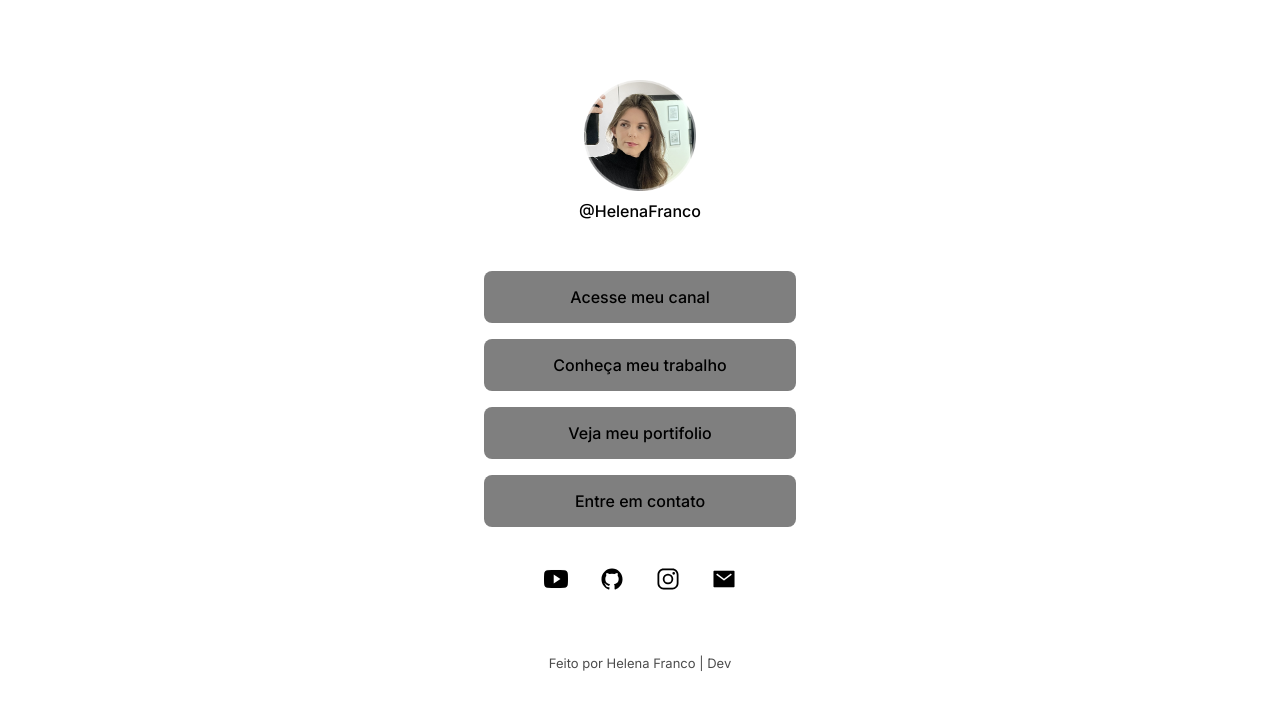
Repository: Fr4nc021/Pagina-de-links-
Page: index.html
An editor plug-in stored every save of this project. The page is shown before and after the next save, followed by the edit.
The browser window is 1280 px wide. The pictures show the whole page.

Above is the page before, as saved 2025-02-13 21:06:11.

### index.html
<!DOCTYPE html>
<html lang="pt-br" class="light">
<head>
    <link rel="preconnect" href="https://fonts.googleapis.com">
    <link rel="preconnect" href="https://fonts.gstatic.com" crossorigin>
    <link href="https://fonts.googleapis.com/css2?family=Inter:ital,opsz,wght@0,14..32,100..900;1,14..32,100..900&display=swap" rel="stylesheet">
    <meta charset="UTF-8">
    <meta name="viewport" content="width=device-width, initial-scale=1.0">
    <title>DevLinks</title>
    <link rel="stylesheet" href="style.css">
</head>
<body>
    <div id="container">
    <div id="profile">
    <img
        src="./assets/avatar.png"
        alt="Foto da Helena Franco sorrindo">
        <p>@HelenaFranco</p>
    </div>
    <div>
        <ul>
            <li>
                <a href="#" target="_blank">Acesse meu canal</a>
            </li>
            <li>
                <a href="#" target="_blank">Conheça meu trabalho</a>
            </li>
            <li>
                <a href="#" target="_blank">Veja meu portifolio</a>
            </li>
            <li>
                <a href="#" target="_blank">Entre em contato</a>
            </li>
        </ul>
    </div>
        <div id="social-links">
            <a href="https://www.youtube.com/@FR4NC021" target="_blank">
            <ion-icon name="logo-youtube"></ion-icon></a>

            <a href="https://github.com/Fr4nc021" target="_blank">
            <ion-icon name="logo-github"></ion-icon></a>

            <a href="https://www.instagram.com/h.franco__/" target="_blank">
            <ion-icon name="logo-instagram"></ion-icon></a>

            <a href="https://w.app/doczx7" target="_blank">
            <ion-icon name="mail-sharp"></ion-icon></a>
        </div>

        <footer>
            Feito por Helena Franco | Dev
        </footer>
    </div>
    <script
    type="module"
    src="https://unpkg.com/ionicons@7.1.0/dist/ionicons/ionicons.esm.js" ></script>
<script
nomodule
src = "https://unpkg.com/ionicons@7.1.0/dist/ionicons/ionicons.js" ></script>
</body>
</html>

### style.css
* {
    margin: 0%;
    padding: 0%;
    box-sizing: border-box;
}

:root {
    --text-color: white;
    --bg-url: url(./assets/bg-mobile.jpg)
    --stock-color: rgba(255, 255, 255, 0.5);
    --surface-color: rgba(255, 255, 255, 0.1);
}

.light {
    --text-color: black;
    --bg-url: url(./assets/bg-mobile-light.jpg)
    --stock-color: rgba(0, 0, 0, 0.5);
    --surface-color: rgba(0, 0, 0, 0.5);

}

body {
background:    --var(--bg-url) no-repeat top center/cover;
}

body * {
        font-family: "Inter", sans-serif;
        color: var(--text-color);
    }

#container {
    width: 360px;
    margin: 56px auto 0px;
    padding: 0 24px;
}

#profile img {
    width: 112px;
    display: block;
    margin: auto;

}

#profile {
    text-align: center;
    padding: 24px;
}

#profile p {
    font-weight: 500;
    line-height: 24px;
    margin-top: 8px;
}

/* Links */

ul{
    list-style: none;
    display: flex;
    flex-direction: column;
    gap: 16px;

    padding: 24px 0;
}

ul li a {

        display: flex;
        align-items: center;
        justify-content: center;

        padding: 16px 24px;

        background: var(--surface-color);
        border: 1px solid var(--stock-color);
        border-radius: 8px;

        -webkit-backdrop-filter: blur(4px);
        backdrop-filter: blur(4px);

        text-decoration: none;
        font-weight: 500;

        transition: background 0.2s;
    }

    /* pseudo-selector */

    ul li a:hover {
        background: rgba(255, 255, 255, 0.05);
        border: 1.5px solid var(--text-color);
    }

    #social-links {
        display: flex;
        justify-content: center;

        margin-top: 24px 0;

        font-size:24px;
    }

    #social-links a {
        display: flex;
        align-items: center;
        justify-content: center;
        padding: 16px;

        transition: 0.2s;
        border-radius: 50%;
    }


    #social-links a:hover {
        background: rgba(255, 255, 255, 0.2);
    }

    footer {
        padding: 24px;
        text-align: center;
        margin-top: 24px;
        font-size: small;
        opacity: 0.7;

    }

After the next save:
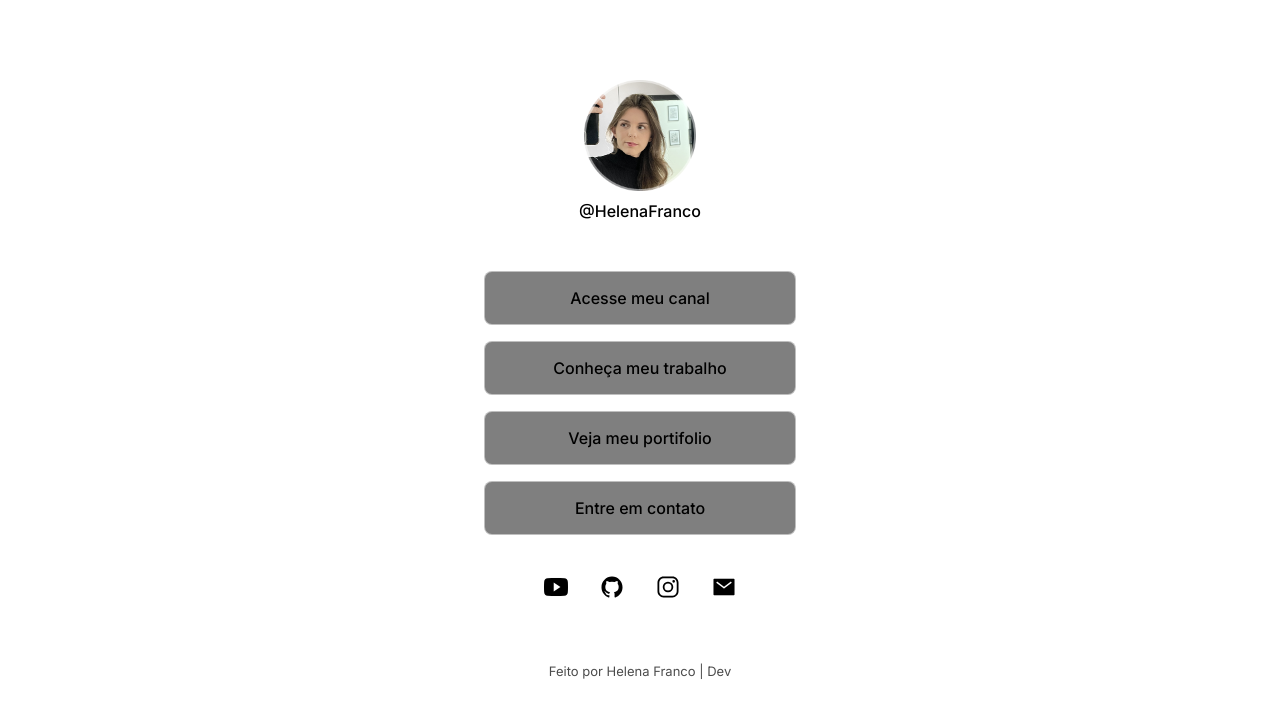
Saved 48 s later.
--- a/style.css
+++ b/style.css
@@ -6,7 +6,7 @@
 
 :root {
     --text-color: white;
-    --bg-url: url(./assets/bg-mobile.jpg)
+    --bg-url: url(./assets/bg-mobile.jpg);
     --stock-color: rgba(255, 255, 255, 0.5);
     --surface-color: rgba(255, 255, 255, 0.1);
 }

After the 2 saves that followed:
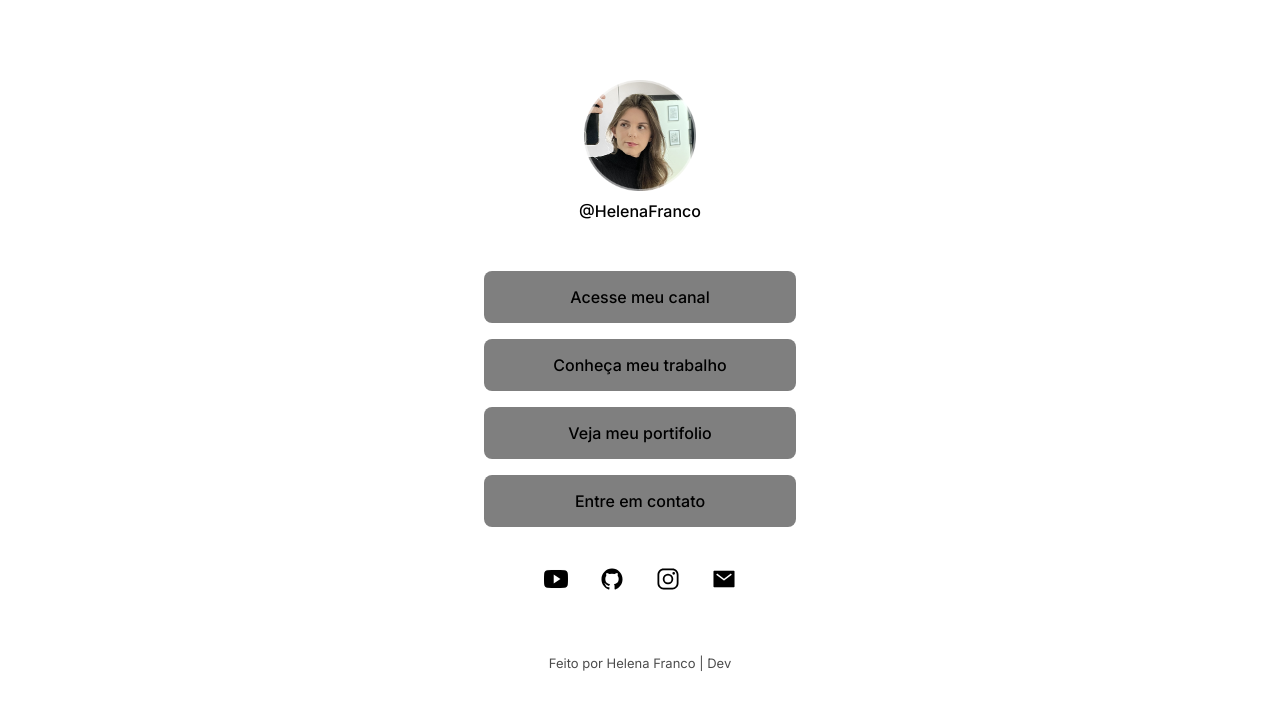
The 2 saves are shown as one change because they came seconds apart.
The last was saved 13 s later.
--- a/style.css
+++ b/style.css
@@ -7,14 +7,14 @@
 :root {
     --text-color: white;
     --bg-url: url(./assets/bg-mobile.jpg);
-    --stock-color: rgba(255, 255, 255, 0.5);
+    --strock-color: rgba(255, 255, 255, 0.5);
     --surface-color: rgba(255, 255, 255, 0.1);
 }
 
 .light {
     --text-color: black;
     --bg-url: url(./assets/bg-mobile-light.jpg)
-    --stock-color: rgba(0, 0, 0, 0.5);
+    --strock-color: rgba(0, 0, 0, 0.5);
     --surface-color: rgba(0, 0, 0, 0.5);
 
 }
